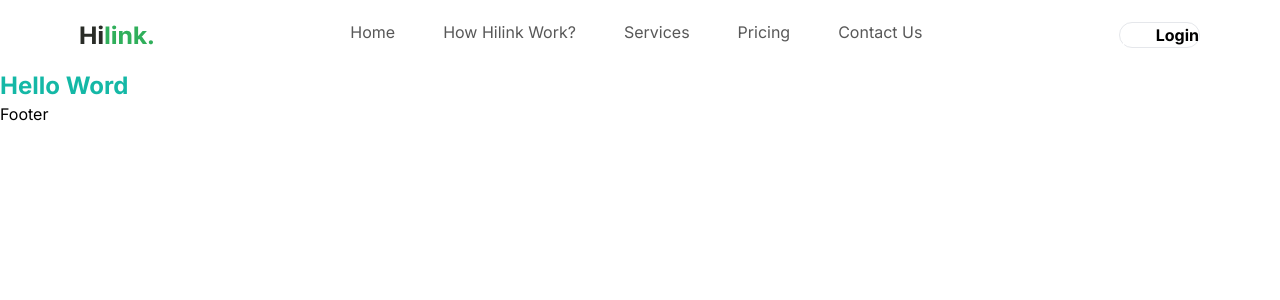
Repository: MikeeBuilds/camp
Page: /
These files come from the project's save history. The page is drawn as it stood at one moment and after the next save; the edit follows.
The browser window is 1280 px wide. The pictures show the whole page.
The project was rebuilt for these pictures with package versions that can differ from the ones it lists, and the page was loaded fresh each time. The framework's server and built-in components were replaced by stand-ins that run in the browser. Also part of the build but not shown: next.config.js.

Above is the page before, as saved 2023-11-24 20:16:48.

After the next save:
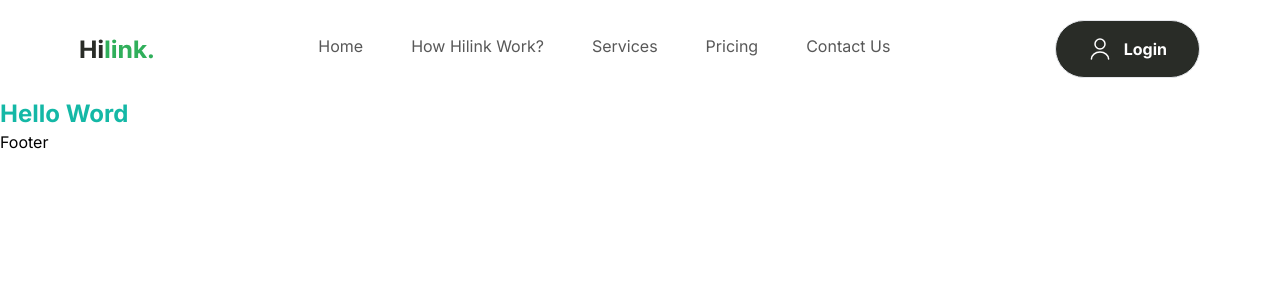
Saved 5 s later.
--- a/components/Navbar.tsx
+++ b/components/Navbar.tsx
@@ -23,7 +23,7 @@ const Navbar = () => {
                     type="button"
                     title="Login"
                     icon="/user.svg"
-                    variant="btn"
+                    variant="btn_dark_green"
                 />
             </div>
         </nav>
